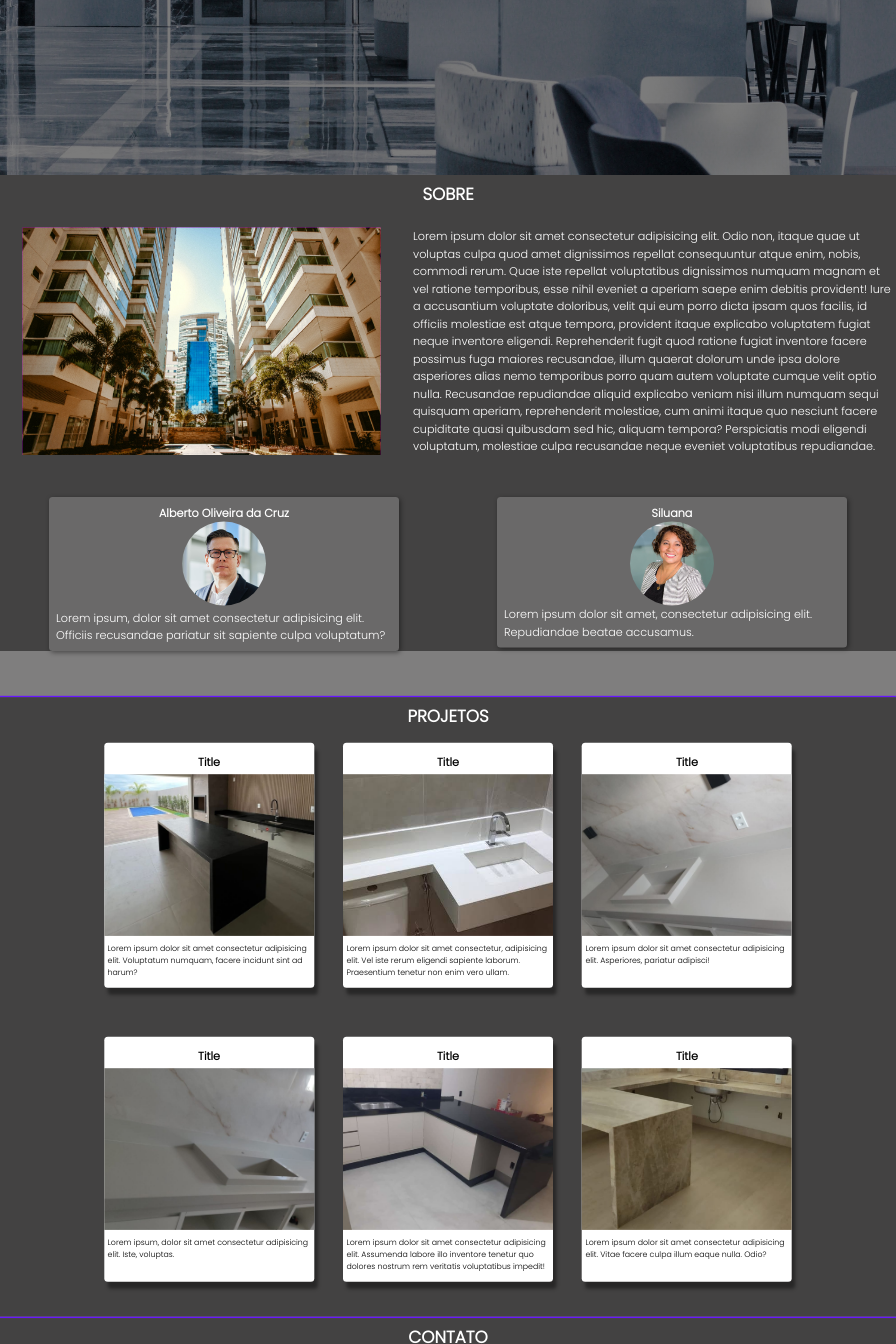
Repository: XFERRER7/projeto-xt7
Page: projetoMarmoraria/index.html
These files come from the project's save history. The page is drawn as it stood at one moment and after a run of saves; the edit follows.
The browser window is 1280 px wide. The pictures show the part of the page from y = 470 to 2390 px (the page is 2979 px tall), at 70% of full size.
Some web libraries are served in a nearby version.

Above is the page before, as saved 2022-05-09 18:22:56.

After the next 3 saves:
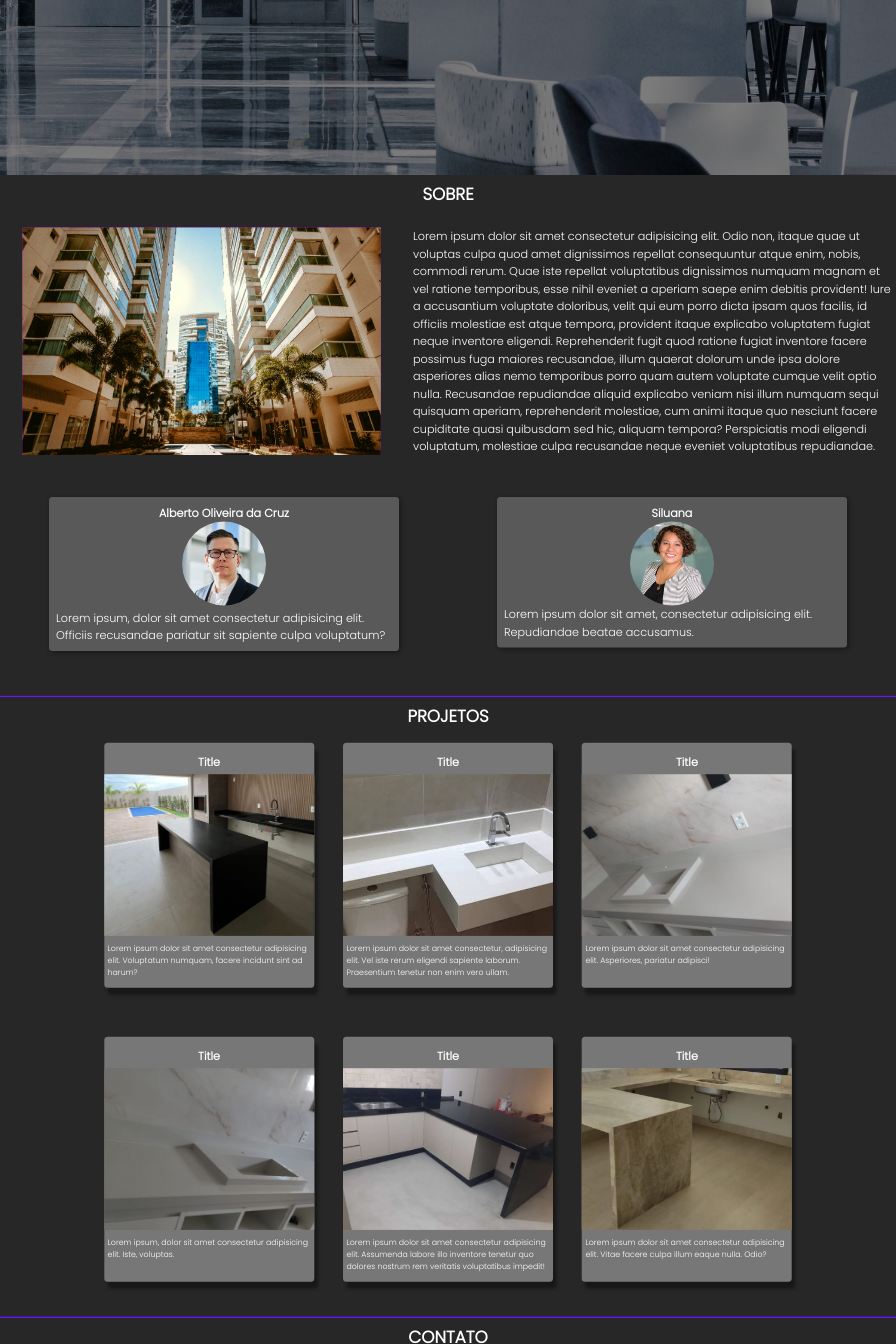
The 3 saves are shown as one change because they came seconds apart.
The last was saved 24 s later.
--- a/projetoMarmoraria/css/style.css
+++ b/projetoMarmoraria/css/style.css
@@ -9,7 +9,7 @@
 }
 
 body {
-  background-color: #0f0e0e88;
+  background-color: #272727;
   color: #ffffff;
 }
 
@@ -191,7 +191,7 @@ main {
 /*------------------------------------Sobre------------------------------------*/
 
 .section-b {
-  background-color: #0f0e0e88;
+  background-color: #272727;
   color: #ffffff;
   margin-bottom: 5%;
 }
@@ -334,7 +334,7 @@ main {
 /*------------------------------Projetos------------------------------*/
 
 .section-a {
-  background-color: #0f0e0e88;
+  background-color: #272727;
 }
 
 #section-a-h1 {
@@ -351,8 +351,7 @@ main {
 
 .card-main {
   height: 350px;
-  background-color: #ffffff;
-  color: #000000;
+  background-color: #cfcfcf7a;
   width: 300px;
   margin: 20px auto;
   margin-bottom: 50px;
@@ -440,7 +439,7 @@ main {
 /*-----------------------------------Contato-----------------------------------*/
 
 .section-c {
-  background-color: #0f0e0e88;
+  background-color: #272727;
 
 }
 
